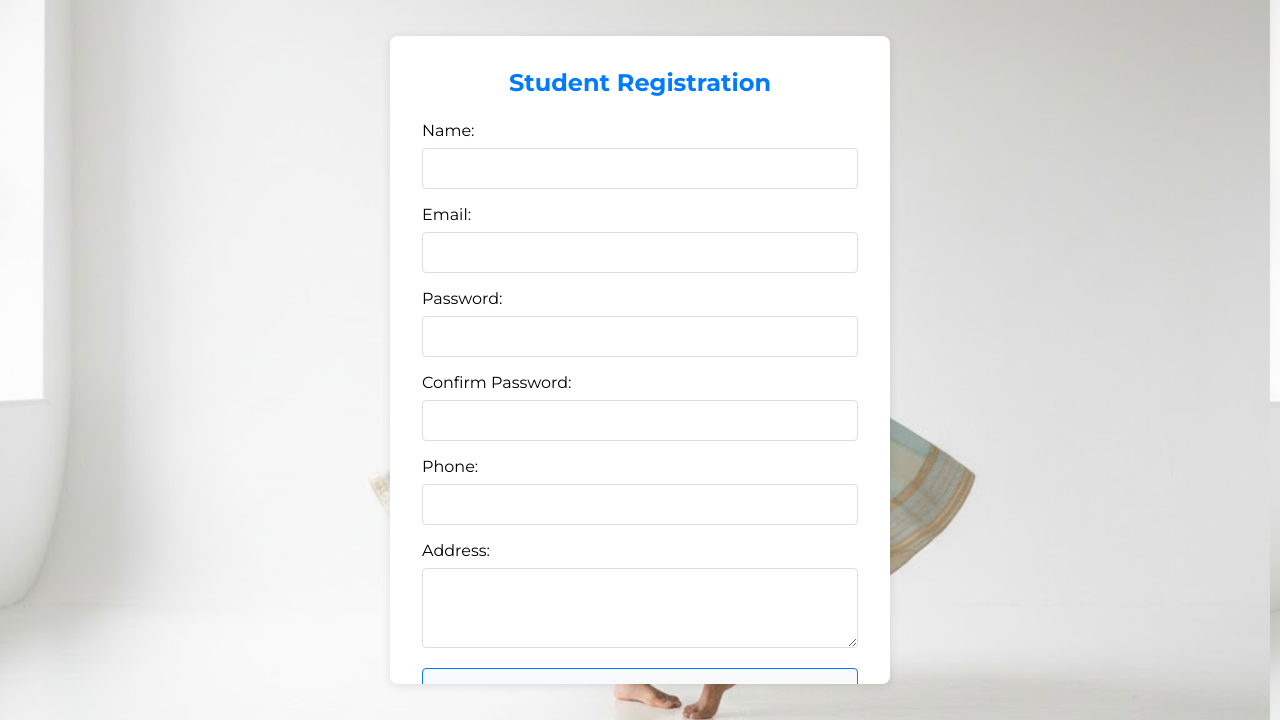
Repository: Priyadharshini-J-CSE/StepSync_Dance_Mangement_System
Page: /user-register (app in frontend/)
The author's editor kept a copy of each file at every save. The page is drawn from the files as they stood at one save, then again after the next save.
The browser window is 1280 px wide. The pictures show the whole page.
An inner scrolling area shows only its first screen. Some web fonts or font styles are not loaded; a fallback is used. Some web libraries are served in a nearby version. The project was rebuilt for these pictures with package versions that can differ from the ones it lists, and the page was loaded fresh each time. Also part of the build but not shown: frontend/src/index.css, frontend/src/pages/LandingPage.js, frontend/src/components/Alert.js, frontend/src/pages/UserLogin.js, frontend/src/pages/AdminLogin.js, frontend/src/pages/AdminRegister.js, frontend/src/pages/ForgotPassword.js, frontend/src/components/Navbar.js and 17 more.

Above is the page before, as saved 2025-12-18 10:48:04.

### frontend/public/index.html
<!DOCTYPE html>
<html lang="en">
  <head>
    <meta charset="utf-8" />
    <meta name="viewport" content="width=device-width, initial-scale=1" />
    <title>Zumba Class Management</title>
    <link rel="preconnect" href="https://fonts.googleapis.com">
    <link rel="preconnect" href="https://fonts.gstatic.com" crossorigin>
    <link href="https://fonts.googleapis.com/css2?family=Alumni+Sans+Pinstripe:ital@0;1&family=Anta&family=Josefin+Sans:ital,wght@0,100..700;1,100..700&family=Metamorphous&family=Montserrat:ital,wght@0,100..900;1,100..900&family=Pangolin&family=Roboto:ital,wght@0,100..900;1,100..900&family=Rubik:ital,wght@0,300..900;1,300..900&display=swap" rel="stylesheet">
    <link rel="stylesheet" href="https://cdnjs.cloudflare.com/ajax/libs/font-awesome/6.5.1/css/all.min.css" crossorigin="anonymous">
    <script src="https://kit.fontawesome.com/a076d05399.js" crossorigin="anonymous"></script>
    <style>
      * { margin: 0; padding: 0; box-sizing: border-box; }
      body { font-family: 'Montserrat', sans-serif; }
    </style>
  </head>
  <body>
    <div id="root"></div>
  </body>
</html>

### frontend/src/App.js
import React from 'react';
import { BrowserRouter as Router, Routes, Route, Navigate } from 'react-router-dom';
import { AuthProvider, useAuth } from './context/AuthContext';
import LandingPage from './pages/LandingPage';
import UserLogin from './pages/UserLogin';
import AdminLogin from './pages/AdminLogin';
import UserRegister from './pages/UserRegister';
import AdminRegister from './pages/AdminRegister';
import ForgotPassword from './pages/ForgotPassword';
import AdminDashboard from './pages/admin/AdminDashboard';
import UserDashboard from './pages/user/UserDashboard';

const ProtectedRoute = ({ children, requiredRole }) => {
  const { user, loading } = useAuth();

  if (loading) return <div>Loading...</div>;
  if (!user) return <Navigate to="/" />;
  if (requiredRole && user.role !== requiredRole) return <Navigate to="/" />;

  return children;
};

function App() {
  return (
    <AuthProvider>
      <Router>
        <div style={{ minHeight: '100vh', backgroundColor: '#fff6e9' }}>
          <Routes>
            <Route path="/" element={<LandingPage />} />
            <Route path="/user-login" element={<UserLogin />} />
            <Route path="/admin-login" element={<AdminLogin />} />
            <Route path="/user-register" element={<UserRegister />} />
            <Route path="/admin-register" element={<AdminRegister />} />
            <Route path="/forgot-password" element={<ForgotPassword />} />
            <Route
              path="/admin/*"
              element={
                <ProtectedRoute requiredRole="admin">
                  <AdminDashboard />
                </ProtectedRoute>
              }
            />
            <Route
              path="/user/*"
              element={
                <ProtectedRoute requiredRole="user">
                  <UserDashboard />
                </ProtectedRoute>
              }
            />
          </Routes>
        </div>
      </Router>
    </AuthProvider>
  );
}

export default App;

### frontend/src/context/AuthContext.js
import React, { createContext, useContext, useState, useEffect } from 'react';
import axios from 'axios';

const AuthContext = createContext();

export const useAuth = () => useContext(AuthContext);

export const AuthProvider = ({ children }) => {
  const [user, setUser] = useState(null);
  const [loading, setLoading] = useState(true);

  useEffect(() => {
    const token = localStorage.getItem('token');
    if (token) {
      axios.defaults.headers.common['Authorization'] = `Bearer ${token}`;
      fetchUser();
    } else {
      setLoading(false);
    }
  }, []);

  const fetchUser = async () => {
    try {
      const response = await axios.get('/api/auth/me');
      setUser(response.data);
    } catch (error) {
      localStorage.removeItem('token');
      delete axios.defaults.headers.common['Authorization'];
    }
    setLoading(false);
  };

  const login = async (email, password) => {
    const response = await axios.post('/api/auth/login', { email, password });
    const { token, user } = response.data;

    localStorage.setItem('token', token);
    axios.defaults.headers.common['Authorization'] = `Bearer ${token}`;
    setUser(user);

    return user;
  };

  const register = async (userData) => {
    const response = await axios.post('/api/auth/register', userData);
    const { token, user } = response.data;

    localStorage.setItem('token', token);
    axios.defaults.headers.common['Authorization'] = `Bearer ${token}`;
    setUser(user);

    return user;
  };

  const logout = () => {
    localStorage.removeItem('token');
    delete axios.defaults.headers.common['Authorization'];
    setUser(null);
  };

  const value = {
    user,
    login,
    register,
    logout,
    loading
  };

  return (
    <AuthContext.Provider value={value}>
      {children}
    </AuthContext.Provider>
  );
};

### frontend/src/pages/UserRegister.js
import React, { useState } from 'react';
import { useNavigate, Link } from 'react-router-dom';
import { useAuth } from '../context/AuthContext';
import { validatePassword } from '../utils/passwordValidation';
import Alert from '../components/Alert';

const UserRegister = () => {
  const [formData, setFormData] = useState({
    name: '',
    email: '',
    password: '',
    confirmPassword: '',
    phone: '',
    address: '',
    acceptTerms: false
  });
  const [alert, setAlert] = useState(null);
  const [loading, setLoading] = useState(false);
  const [passwordValidation, setPasswordValidation] = useState(null);
  const [showTerms, setShowTerms] = useState(false);
  const [hasScrolled, setHasScrolled] = useState(false);
  const { register } = useAuth();
  const navigate = useNavigate();

  const handlePasswordChange = (password) => {
    setFormData({...formData, password});
    setPasswordValidation(validatePassword(password));
  };

  const handleSubmit = async (e) => {
    e.preventDefault();

    if (formData.password !== formData.confirmPassword) {
      setAlert({ message: 'Passwords do not match', type: 'error' });
      return;
    }

    if (!passwordValidation?.isValid) {
      setAlert({ message: 'Password does not meet requirements', type: 'error' });
      return;
    }

    if (!formData.acceptTerms) {
      setAlert({ message: 'Please accept terms and conditions', type: 'error' });
      return;
    }

    setLoading(true);

    try {
      await register({ ...formData, role: 'user' });
      navigate('/user');
    } catch (error) {
      setAlert({ message: error.response?.data?.message || 'Registration failed', type: 'error' });
    }
    setLoading(false);
  };

  return (
    <div style={{
      display: 'flex',
      justifyContent: 'center',
      alignItems: 'center',
      minHeight: '100vh',
      padding: '1rem',
      backgroundImage: 'url(/image.jpg)',
      backgroundSize: 'cover',
      backgroundPosition: 'bottom 30% right 10px',
      backgroundAttachment: 'fixed'
    }}>
      <form onSubmit={handleSubmit} style={{
        backgroundColor: 'white',
        padding: '2rem',
        borderRadius: '8px',
        boxShadow: '0 2px 10px rgba(0,0,0,0.1)',
        width: '500px',
        maxHeight: '90vh',
        overflowY: 'auto'
      }}>
        <h2 style={{ textAlign: 'center', marginBottom: '1.5rem', color: '#007bff' }}>
          Student Registration
        </h2>

        {alert && <Alert message={alert.message} type={alert.type} onClose={() => setAlert(null)} />}

        <div style={{ marginBottom: '1rem' }}>
          <label style={{ display: 'block', marginBottom: '0.5rem' }}>Name:</label>
          <input
            type="text"
            value={formData.name}
            onChange={(e) => setFormData({...formData, name: e.target.value})}
            required
            style={{
              width: '100%',
              padding: '0.75rem',
              border: '1px solid #ddd',
              borderRadius: '4px'
            }}
          />
        </div>

        <div style={{ marginBottom: '1rem' }}>
          <label style={{ display: 'block', marginBottom: '0.5rem' }}>Email:</label>
          <input
            type="email"
            value={formData.email}
            onChange={(e) => setFormData({...formData, email: e.target.value})}
            required
            style={{
              width: '100%',
              padding: '0.75rem',
              border: '1px solid #ddd',
              borderRadius: '4px'
            }}
          />
        </div>

        <div style={{ marginBottom: '1rem' }}>
          <label style={{ display: 'block', marginBottom: '0.5rem' }}>Password:</label>
          <input
            type="password"
            value={formData.password}
            onChange={(e) => handlePasswordChange(e.target.value)}
            required
            style={{
              width: '100%',
              padding: '0.75rem',
              border: '1px solid #ddd',
              borderRadius: '4px'
            }}
          />
          {passwordValidation && (
            <div style={{ marginTop: '0.5rem', fontSize: '0.8rem' }}>
              <div style={{
                color: passwordValidation.strength === 'Strong' ? 'green' :
                       passwordValidation.strength === 'Medium' ? 'orange' : 'red'
              }}>
                Strength: {passwordValidation.strength}
              </div>
            </div>
          )}
        </div>

        <div style={{ marginBottom: '1rem' }}>
          <label style={{ display: 'block', marginBottom: '0.5rem' }}>Confirm Password:</label>
          <input
            type="password"
            value={formData.confirmPassword}
            onChange={(e) => setFormData({...formData, confirmPassword: e.target.value})}
            required
            style={{
              width: '100%',
              padding: '0.75rem',
              border: '1px solid #ddd',
              borderRadius: '4px'
            }}
          />
        </div>

        <div style={{ marginBottom: '1rem' }}>
          <label style={{ display: 'block', marginBottom: '0.5rem' }}>Phone:</label>
          <input
            type="tel"
            value={formData.phone}
            onChange={(e) => setFormData({...formData, phone: e.target.value})}
            style={{
              width: '100%',
              padding: '0.75rem',
              border: '1px solid #ddd',
              borderRadius: '4px'
            }}
          />
        </div>

        <div style={{ marginBottom: '1rem' }}>
          <label style={{ display: 'block', marginBottom: '0.5rem' }}>Address:</label>
          <textarea
            value={formData.address}
            onChange={(e) => setFormData({...formData, address: e.target.value})}
            style={{
              width: '100%',
              padding: '0.75rem',
              border: '1px solid #ddd',
              borderRadius: '4px',
              minHeight: '80px'
            }}
          />
        </div>

        <div style={{ marginBottom: '1.5rem' }}>
          <button
            type="button"
            onClick={() => setShowTerms(true)}
            style={{
              width: '100%',
              padding: '0.75rem',
              backgroundColor: '#f8f9fa',
              color: '#007bff',
              border: '1px solid #007bff',
              borderRadius: '4px',
              cursor: 'pointer',
              marginBottom: '0.5rem'
            }}
          >
            View Terms & Conditions and Privacy Policy
          </button>
          <label style={{ display: 'flex', alignItems: 'center', gap: '0.5rem' }}>
            <input
              type="checkbox"
              checked={formData.acceptTerms}
              onChange={(e) => setFormData({...formData, acceptTerms: e.target.checked})}
              required
              disabled={!hasScrolled}
            />
            I accept the Terms and Conditions and Privacy Policy
            {!hasScrolled && <span style={{ color: 'red', fontSize: '0.8rem' }}>(Read first)</span>}
          </label>
        </div>

        {showTerms && (
          <div className="modal-overlay" onClick={() => setShowTerms(false)}>
            <div className="modal-content" onClick={(e) => e.stopPropagation()} style={{ maxWidth: '600px' }}>
              <h3 style={{ marginTop: 0 }}>Terms & Conditions and Privacy Policy</h3>
              <div
                onScroll={(e) => {
                  const bottom = e.target.scrollHeight - e.target.scrollTop === e.target.clientHeight;
                  if (bottom) setHasScrolled(true);
                }}
                style={{
                  maxHeight: '400px',
                  overflowY: 'auto',
                  padding: '1rem',
                  backgroundColor: '#f8f9fa',
                  borderRadius: '8px',
                  marginBottom: '1rem'
                }}
              >
                <h4>Terms and Conditions</h4>
                <p>Welcome to DanceHub. By registering, you agree to the following terms:</p>
                <ol>
                  <li>You must provide accurate and complete information during registration.</li>
                  <li>You are responsible for maintaining the confidentiality of your account.</li>
                  <li>You must be at least 18 years old to register.</li>
                  <li>Payment for classes must be made in advance.</li>
                  <li>Refunds are subject to our refund policy.</li>
                  <li>You agree to attend classes on time and follow instructor guidelines.</li>
                  <li>We reserve the right to cancel classes due to unforeseen circumstances.</li>
                  <li>You agree not to share class materials without permission.</li>
                </ol>

                <h4>Privacy Policy</h4>
                <p>We value your privacy and are committed to protecting your personal information:</p>
                <ol>
                  <li>We collect personal information including name, email, phone, and address.</li>
                  <li>Your information is used solely for class management and communication.</li>
                  <li>We do not sell or share your personal information with third parties.</li>
                  <li>Payment information is processed securely through encrypted channels.</li>
                  <li>You have the right to access, modify, or delete your personal data.</li>
                  <li>We use cookies to improve your experience on our platform.</li>
                  <li>Your attendance and payment records are stored securely.</li>
                  <li>We may send you notifications about classes and updates.</li>
                </ol>

                <p style={{ fontWeight: 'bold', marginTop: '1rem' }}>
                  Please scroll to the bottom to enable the acceptance checkbox.
                </p>
              </div>
              <button
                onClick={() => setShowTerms(false)}
                style={{
                  width: '100%',
                  padding: '0.75rem',
                  backgroundColor: '#007bff',
                  color: 'white',
                  border: 'none',
                  borderRadius: '4px',
                  cursor: 'pointer'
                }}
              >
                Close
              </button>
            </div>
          </div>
        )}

        <button
          type="submit"
          disabled={loading}
          style={{
            width: '100%',
            padding: '0.75rem',
            backgroundColor: '#007bff',
            color: 'white',
            border: 'none',
            borderRadius: '4px',
            cursor: 'pointer',
            fontSize: '16px'
          }}
        >
          {loading ? 'Registering...' : 'Register'}
        </button>

        <div style={{ textAlign: 'center', marginTop: '1rem' }}>
          <p>Already have an account? <Link to="/user-login">Login here</Link></p>
          <p><Link to="/">Back to Home</Link></p>
        </div>
      </form>
    </div>
  );
};

export default UserRegister;

### frontend/src/utils/passwordValidation.js
export const validatePassword = (password) => {
  const minLength = password.length >= 8;
  const hasUpperCase = /[A-Z]/.test(password);
  const hasLowerCase = /[a-z]/.test(password);
  const hasNumbers = /\d/.test(password);
  const hasSpecialChar = /[!@#$%^&*(),.?":{}|<>]/.test(password);

  const score = [minLength, hasUpperCase, hasLowerCase, hasNumbers, hasSpecialChar].filter(Boolean).length;

  let strength = 'Weak';
  if (score >= 4) strength = 'Strong';
  else if (score >= 3) strength = 'Medium';

  return {
    isValid: score >= 3,
    strength,
    requirements: {
      minLength,
      hasUpperCase,
      hasLowerCase,
      hasNumbers,
      hasSpecialChar
    }
  };
};

Loaded but not shown: frontend/src/index.js (common file)

After the next save:
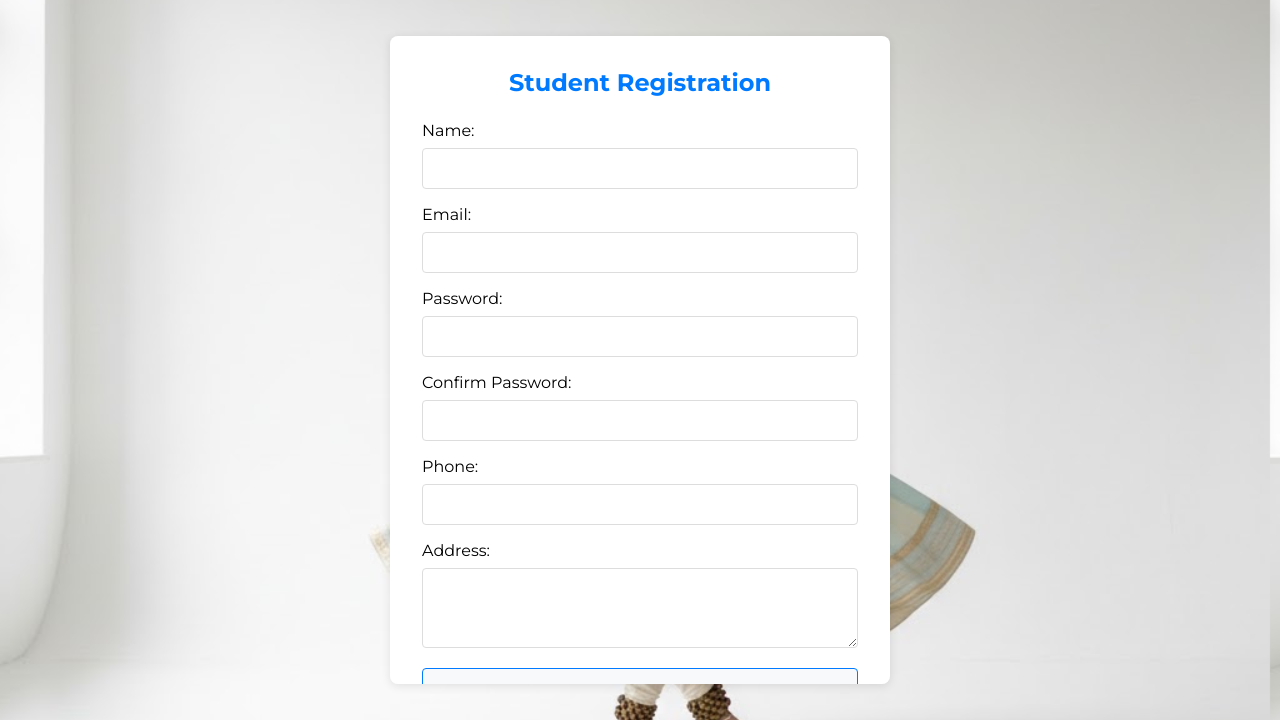
Saved 6 s later.
--- a/frontend/src/pages/UserRegister.js
+++ b/frontend/src/pages/UserRegister.js
@@ -65,7 +65,7 @@
       padding: '1rem',
       backgroundImage: 'url(/image.jpg)',
       backgroundSize: 'cover',
-      backgroundPosition: 'bottom 30% right 10px',
+      backgroundPosition: 'bottom 40% right 10px',
       backgroundAttachment: 'fixed'
     }}>
       <form onSubmit={handleSubmit} style={{

After the 2 saves that followed:
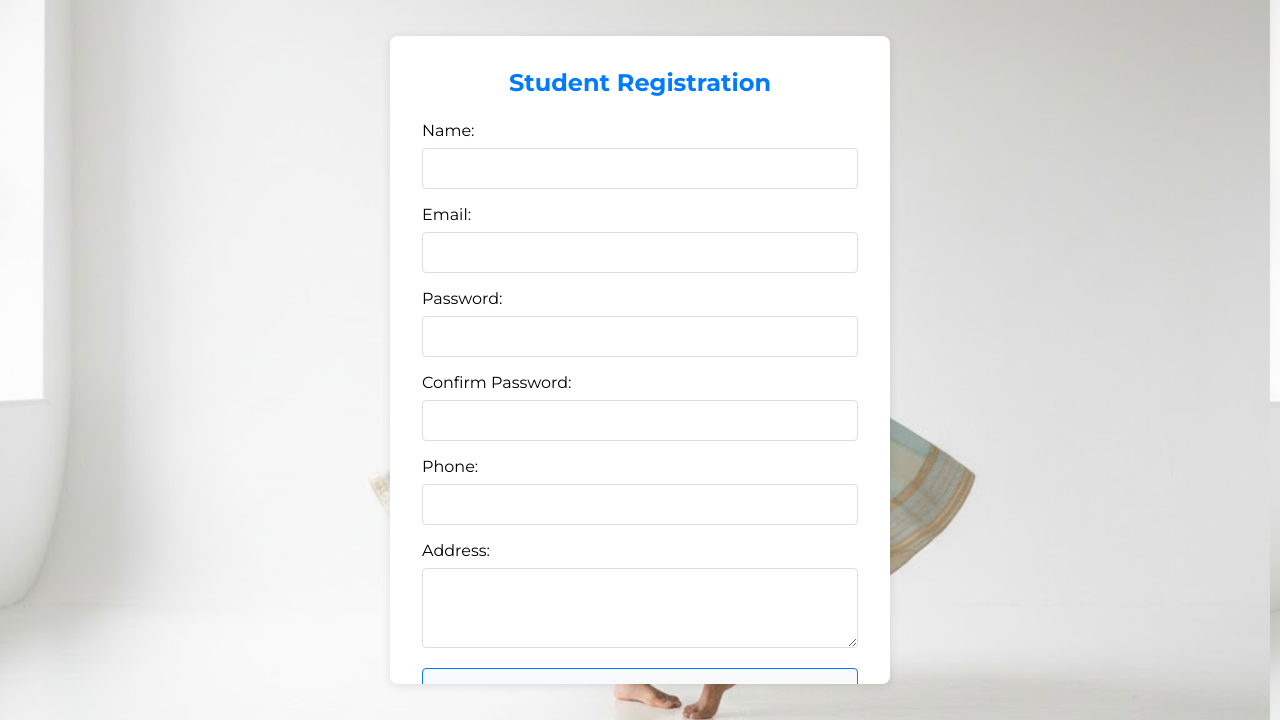
The 2 saves are shown as one change because they came seconds apart.
The last was saved 6 s later.
--- a/frontend/src/pages/UserRegister.js
+++ b/frontend/src/pages/UserRegister.js
@@ -65,7 +65,7 @@
       padding: '1rem',
       backgroundImage: 'url(/image.jpg)',
       backgroundSize: 'cover',
-      backgroundPosition: 'bottom 40% right 10px',
+      backgroundPosition: 'bottom 30% right 10px',
       backgroundAttachment: 'fixed'
     }}>
       <form onSubmit={handleSubmit} style={{
